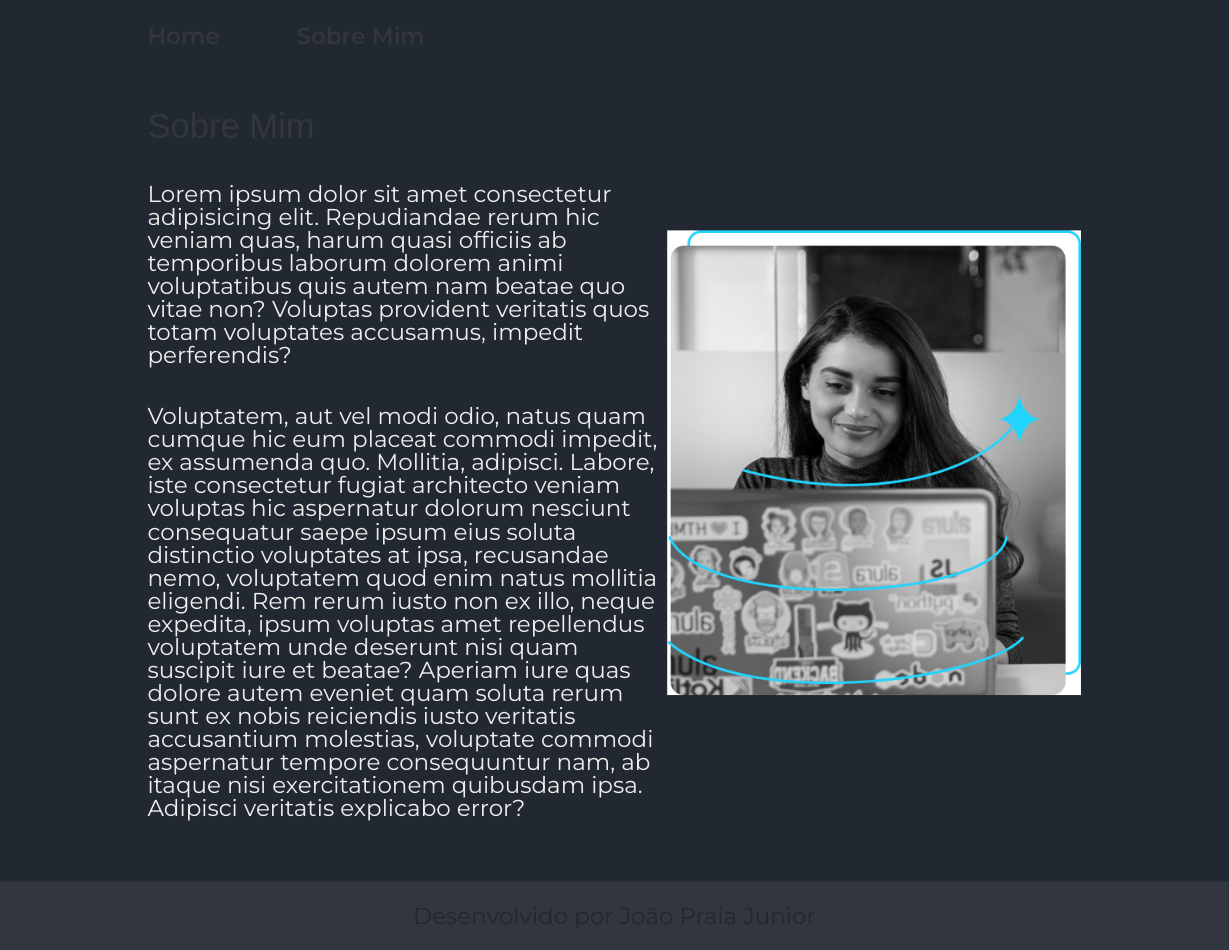
Repository: joaoPraiaJunior/html-basico
Page: about.html
The author's editor kept a copy of each file at every save. The page is drawn from the files as they stood at one save, then again after the next save.
The browser window is 1280 px wide. The pictures show the whole page, at 96% of full size.
Some web fonts or font styles are not loaded; a fallback is used. Some web libraries are served in a nearby version.

Above is the page before, as saved 2024-06-06 22:10:17.

After the next save:
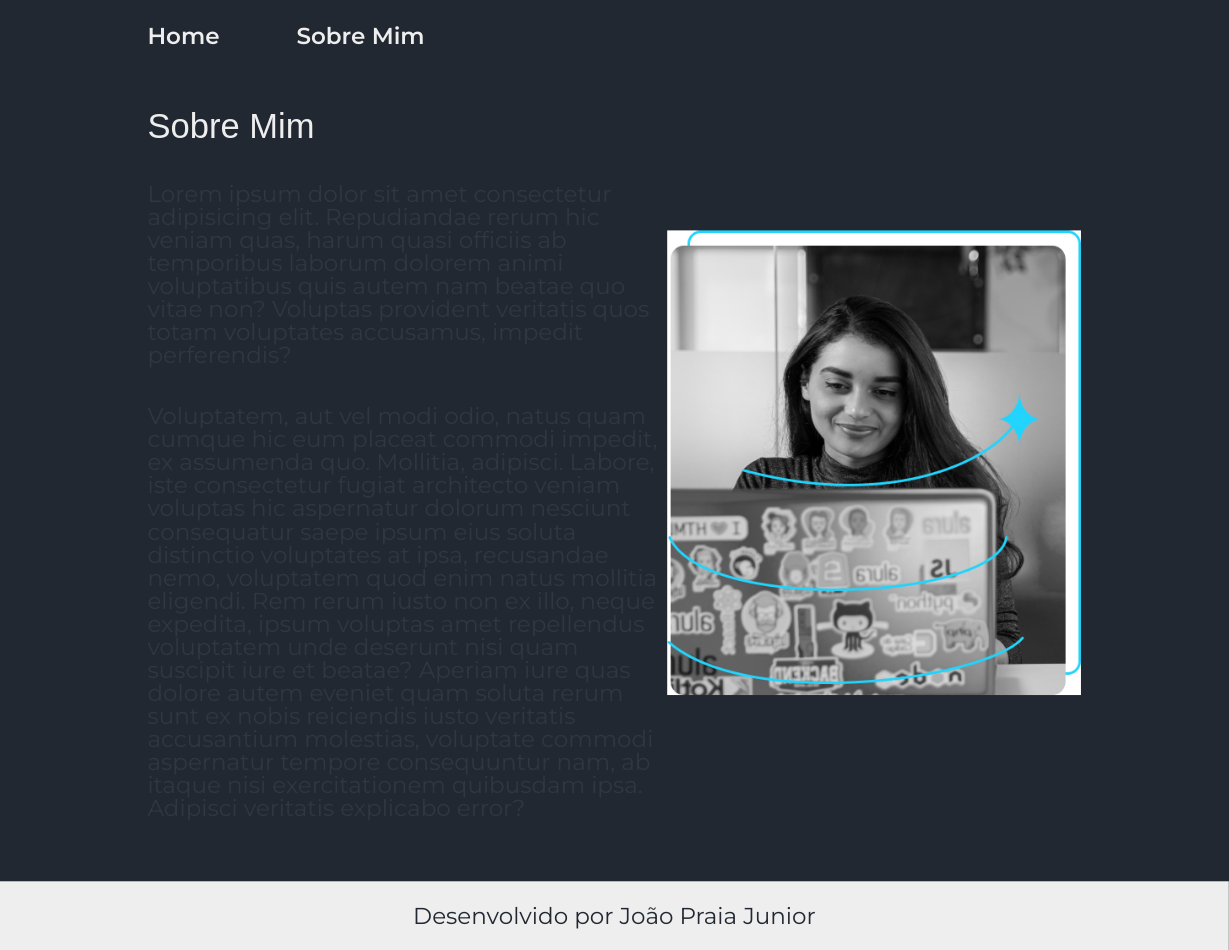
Saved 41 s later.
--- a/css/style.css
+++ b/css/style.css
@@ -2,8 +2,8 @@
 
 :root {
   --cor-primaria: #222831;
-  --cor-secundaria: #EEEEEE;
-  --cor-terciaria: #31363F;
+  --cor-secundaria: #31363F;
+  --cor-terciaria: #EEEEEE;
   --cor-hover: #76ABAE;
 
   --fonte-primaria: 'Krona One', sans-serif;
